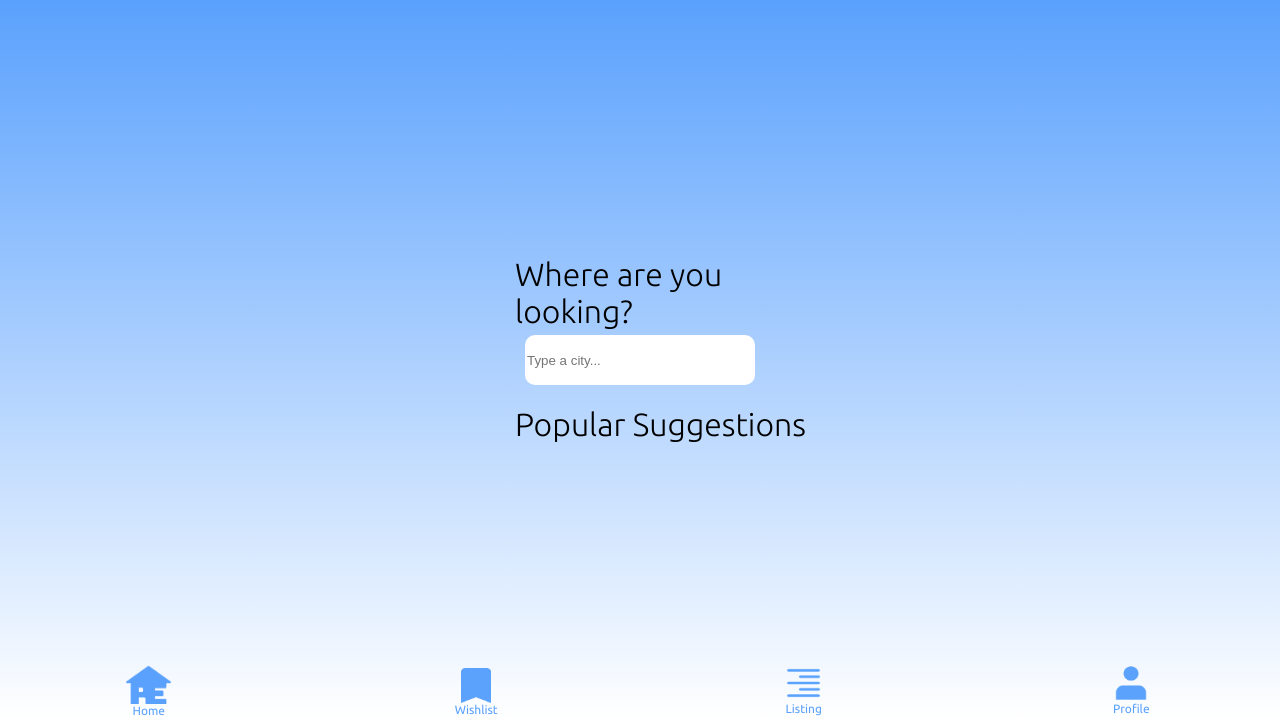
Repository: msyukurrr/realeasy
Page: /listing
The author's editor kept a copy of each file at every save. The page is drawn from the files as they stood at one save, then again after the next save.
The browser window is 1280 px wide. The pictures show the whole page.
The project was rebuilt for these pictures with package versions that can differ from the ones it lists, and the page was loaded fresh each time. The framework's server and built-in components were replaced by stand-ins that run in the browser. Also part of the build but not shown: next.config.js.

Above is the page before, as saved 2023-01-27 20:06:06.

### pages/listing.js
import Heading from "../components/Heading";
import NavBar from "../components/NavBar";
import styles from "../styles/Home.module.css"


export default function Listing(){
    return(
        <><div className={styles.listing}>

        <Heading headingtxt="Where are you looking?"/>

        <input placeholder="Type a city..." style={{width:230, height:50, borderRadius:10, backgroundColor:"white", border:'transparent'}}></input>

        <Heading headingtxt="Popular Suggestions"/>








        </div>
        <NavBar></NavBar>

        </>
    )
}

### styles/globals.css
@import url('https://fonts.googleapis.com/css2?family=Ubuntu:ital,wght@0,300;0,400;0,500;0,700;1,300;1,400;1,500;1,700&display=swap');

html,
body {
  padding: 0;
  margin: 0;
  font-family: "Ubuntu", sans-serif;
  background-color: #E6EEF8;
}

a {
  color: inherit;
  text-decoration: none;
}

* {
  box-sizing: border-box;
}

@media (prefers-color-scheme: dark) {
  html {
    color-scheme: dark;
  }
  body {
    color: white;
    background: E6EEF8;
  }
}

### components/Heading.js
import styled from "styled-components";

const Container = styled.div`
display: flex;
margin-left: 50px;
width: 300px;
height: 100px;

`

const Word = styled.h1`

color: ${props=>props.color};
font-weight: ${props=>props.fontweight};
`

export default function Heading({
    h1="Recommended by people around you",
    fw="300",
    color="#5AA1FD",
    headingtxt="Recommended by people around you"
}){
    return<>
    <Container>
    <Word fontweight={fw}
    >{headingtxt}</Word>
    </Container>
    </>
}

### components/NavBar.js
import styled from "styled-components";
import Link from "next/link";

const NavBarCont = styled.div`
position: fixed;
bottom: 0;
width: 100%;
`
const NavCont = styled.nav`
display: flex;
justify-content: space-around;
width: 100%;
background-color: transparent;
height: 60px;
`
const HomeCont = styled.div`
width: 50px;
height: 50px;
display:flex;
flex-direction: column;
justify-content: center;
align-items: center;
margin-top: ${props=>props.margintop};
`
const WishlistCont = styled.div`
width: 50px;
height: 50px;
display:flex;
flex-direction: column;
justify-content: center;
align-items: center;
margin-left: 30px;
margin-top: ${props=>props.margintop};
margin-bottom: ${props=>props.marginbottom};
`
const ListingCont = styled.div`
width: 50px;

display:flex;
flex-direction: column;
justify-content: center;
align-items: center;
margin-left: 30px;
margin-top: ${props=>props.margintop};
`
const ProfileCont = styled.div`
display:flex;
margin-left: 30px;
margin-top: ${props=>props.margintop};
`

const Icon = styled.img`
display: flex;
justify-content: center;
height: ${props=>props.height};
width: ${props=>props.width};
display: flex;
`

const NavList = styled.span`
display: flex;
align-self: center;
color: #5AA1FD;
font-size: 12px;
`


export default function NavBar({
    mt="5px",
    mb=""
}){
    return <NavBarCont>
    <NavCont>
        <Link href="/">
            <HomeCont margintop="6px">
                <Icon src='./logo.png' height="45px" width="45px"/>
                <NavList>Home</NavList>
            </HomeCont>
        </Link>
        <Link href="/wishlist">
            <WishlistCont margintop="7px">
                <Icon src='./wishlist.png' height="35px" width="30px"></Icon>
                <NavList>Wishlist</NavList>
            </WishlistCont>
        </Link>
        <Link href="/listing">
            <ListingCont margintop="4px">
                <Icon src='./listing.png' height="38px" width="45px"></Icon>
                <NavList>Listing</NavList>
            </ListingCont>
        </Link>
        <Link href="/profile">
            <ListingCont margintop="4px">
                <Icon src='./user.png' height="38px" width="40px"></Icon>
                <NavList>Profile</NavList>
            </ListingCont>
        </Link>
    </NavCont>
    </NavBarCont>
}

### styles/Home.module.css
.container {
  padding: 0 2rem;
}

.main {
  min-height: 100vh;
  padding: 4rem 0;
  flex: 1;
  display: flex;
  flex-direction: column;
  justify-content: center;
  align-items: center;
}


.listing {
  min-height: 100vh;
  padding: 4rem 0;
  flex: 1;
  display: flex;
  flex-direction: column;
  justify-content: center;
  align-items: center;
  background-image: linear-gradient(#5AA1FD, white);
}

.footer {
  display: flex;
  flex: 1;
  padding: 2rem 0;
  border-top: 1px solid #eaeaea;
  justify-content: center;
  align-items: center;
}

.footer a {
  display: flex;
  justify-content: center;
  align-items: center;
  flex-grow: 1;
}

.title a {
  color: #0070f3;
  text-decoration: none;
}

.title a:hover,
.title a:focus,
.title a:active {
  text-decoration: underline;
}

.title {
  margin: 0;
  line-height: 1.15;
  font-size: 4rem;
}

.title,
.description {
  text-align: center;
}

.description {
  margin: 4rem 0;
  line-height: 1.5;
  font-size: 1.5rem;
}

.code {
  background: #fafafa;
  border-radius: 5px;
  padding: 0.75rem;
  font-size: 1.1rem;
  font-family: Menlo, Monaco, Lucida Console, Liberation Mono, DejaVu Sans Mono,
    Bitstream Vera Sans Mono, Courier New, monospace;
}

.grid {
  display: flex;
  align-items: center;
  justify-content: center;
  flex-wrap: wrap;
  max-width: 800px;
}

.card {
  margin: 1rem;
  padding: 1.5rem;
  text-align: left;
  color: inherit;
  text-decoration: none;
  border: 1px solid #eaeaea;
  border-radius: 10px;
  transition: color 0.15s ease, border-color 0.15s ease;
  max-width: 300px;
}

.card:hover,
.card:focus,
.card:active {
  color: #0070f3;
  border-color: #0070f3;
}

.card h2 {
  margin: 0 0 1rem 0;
  font-size: 1.5rem;
}

.card p {
  margin: 0;
  font-size: 1.25rem;
  line-height: 1.5;
}

.logo {
  height: 1em;
  margin-left: 0.5rem;
}

@media (max-width: 600px) {
  .grid {
    width: 100%;
    flex-direction: column;
  }
}

@media (prefers-color-scheme: dark) {
  .card,
  .footer {
    border-color: #222;
  }
  .code {
    background: #111;
  }
  .logo img {
    filter: invert(1);
  }
}

Loaded but not shown: pages/_app.js (common file)

After the next save:
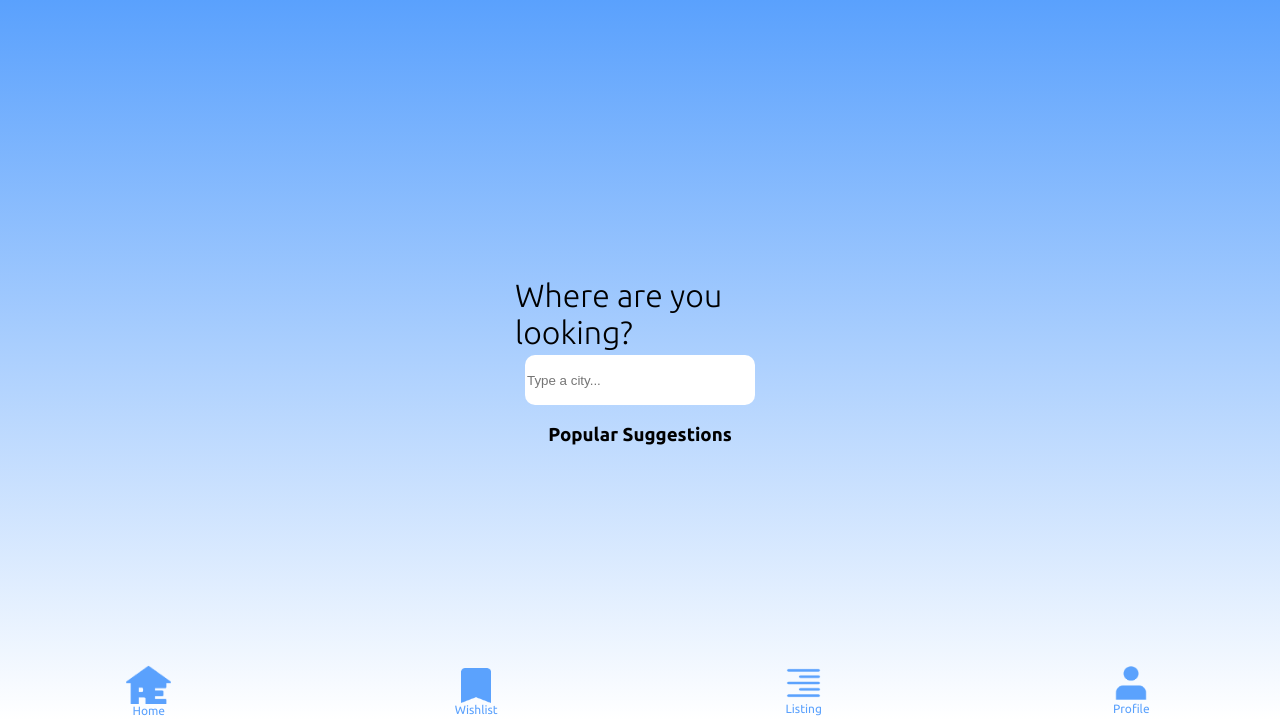
Saved 21 s later.
--- a/pages/listing.js
+++ b/pages/listing.js
@@ -11,8 +11,7 @@ export default function Listing(){
 
         <input placeholder="Type a city..." style={{width:230, height:50, borderRadius:10, backgroundColor:"white", border:'transparent'}}></input>
 
-        <Heading headingtxt="Popular Suggestions"/>
-
+        <h3>Popular Suggestions</h3>
 
 
 
